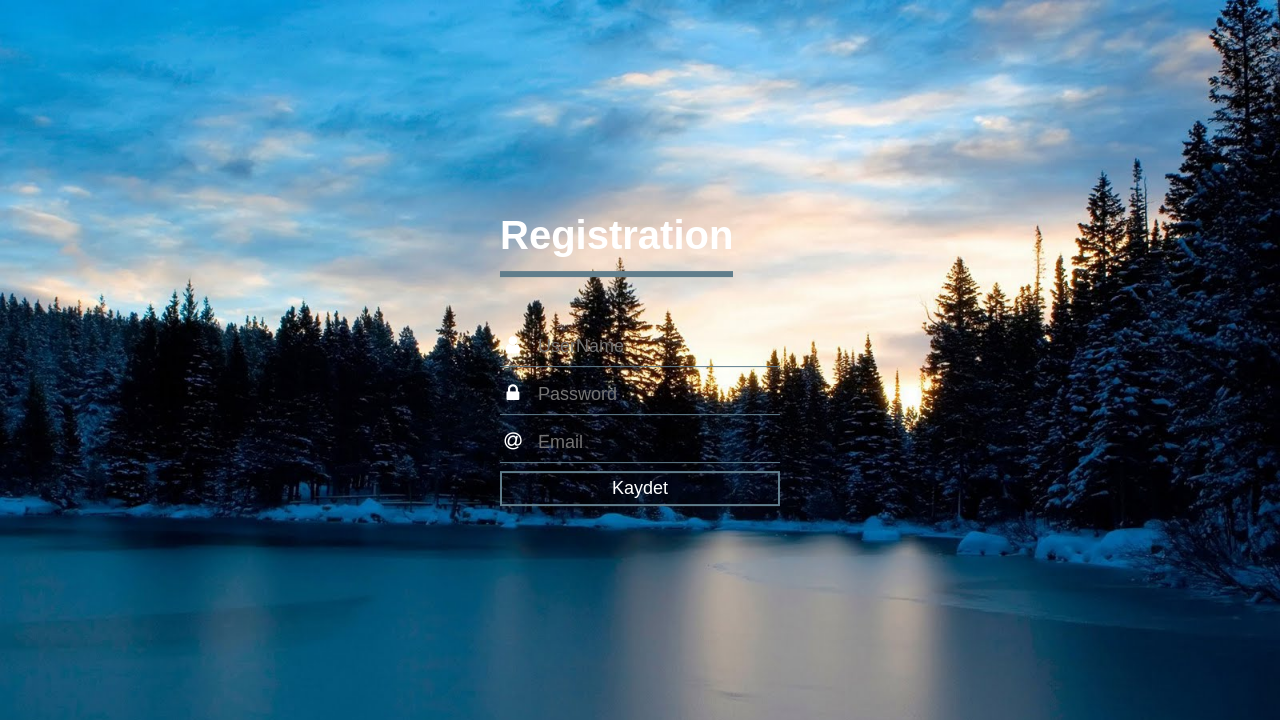
Repository: Berilinanir/Login-Logout-System
Page: Loginn/WebContent/registration.html
These files come from the project's save history. The page is drawn as it stood at one moment and after the next save; the edit follows.
The browser window is 1280 px wide. The pictures show the whole page.

Above is the page before, as saved 2018-10-13 10:11:15.

### Loginn/WebContent/registration.html
<!DOCTYPE html>
<html>
<head>
<meta charset="ISO-8859-1">
<title>Insert title here</title>





<link rel="stylesheet" type="text/css" href="style.css">

</head>

<body >

  <form method="post" action="Main">

  <div class="registration-box">

  <h1>Registration</h1>

  <div class="textbox">

     <i class="fa fa-user" aria-hidden="true" ></i>

          <input type="text" placeholder="UserName"  name="" value="">
  </div>


   <div class="textbox">

     <i class="fa fa-lock" aria-hidden="true"></i>

         <input  type="password" placeholder="Password" name="" value="">

   </div>

  <div class="textbox">

      <i class="fa fa-at" aria-hidden="true"></i>

   <input type="email" placeholder="Email" name="" value="">

  </div>

  <input class="btn" type="button"  name="" value="Kaydet">
<pre>

</pre>
</form>
 </div>
</body>
</html>

### Loginn/WebContent/style.css
@charset "UTF-8";

@import "https://stackpath.bootstrapcdn.com/font-awesome/4.7.0/css/font-awesome.min.css";


body{

	margin:0;
	padding:0;
	font-family:sans-serif;
	background:url("resim2.jpg") no-repeat;
	background-size:cover;

}

.registration-box{

	  width:280px;
	  position:absolute;
	  top:50%;
	  left:50%;
	  transform:translate(-50%,-50%);
	  color:white;

}

.registration-box h1{

	float:left;
	font-size:40px;
	border-bottom:6px solid #607d8b;
	margin-bottom:50px;
	padding:13px 0

}

.textbox{

	width:100%;
	overflow:hidden;
	font-size:20px;
	padding:8px 0;
	margin:8px 0;
	border-bottom:1px solid #607d8b;
}

.textbox i{

	width:26px;
	float:left;
	text-align:center;

}

.textbox input{

	border:none;
	outline:none;
	background:none;
	color:white;
	font-size:18px;
	width:80%;
	float:left;
	margin:0 10px;
}

.btn{

	width:100%;
	background:none;
	border:2px solid #607d8b;
	color:white;
	padding:5px;
	font-size:18px;
	cursor:pointer;

}

After the next save:
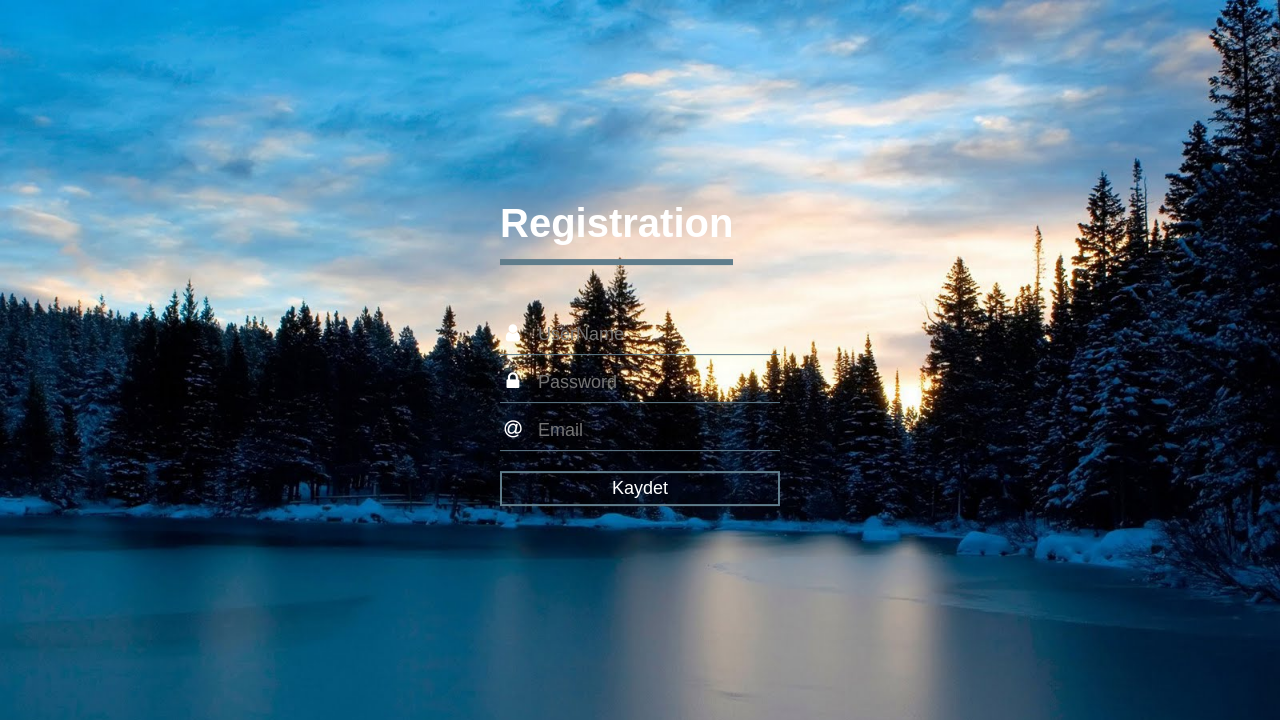
Saved 4 min 49 s later.
--- a/Loginn/WebContent/style.css
+++ b/Loginn/WebContent/style.css
@@ -73,5 +73,6 @@ body{
 	padding:5px;
 	font-size:18px;
 	cursor:pointer;
+	margin:12px 0;
 
 }
